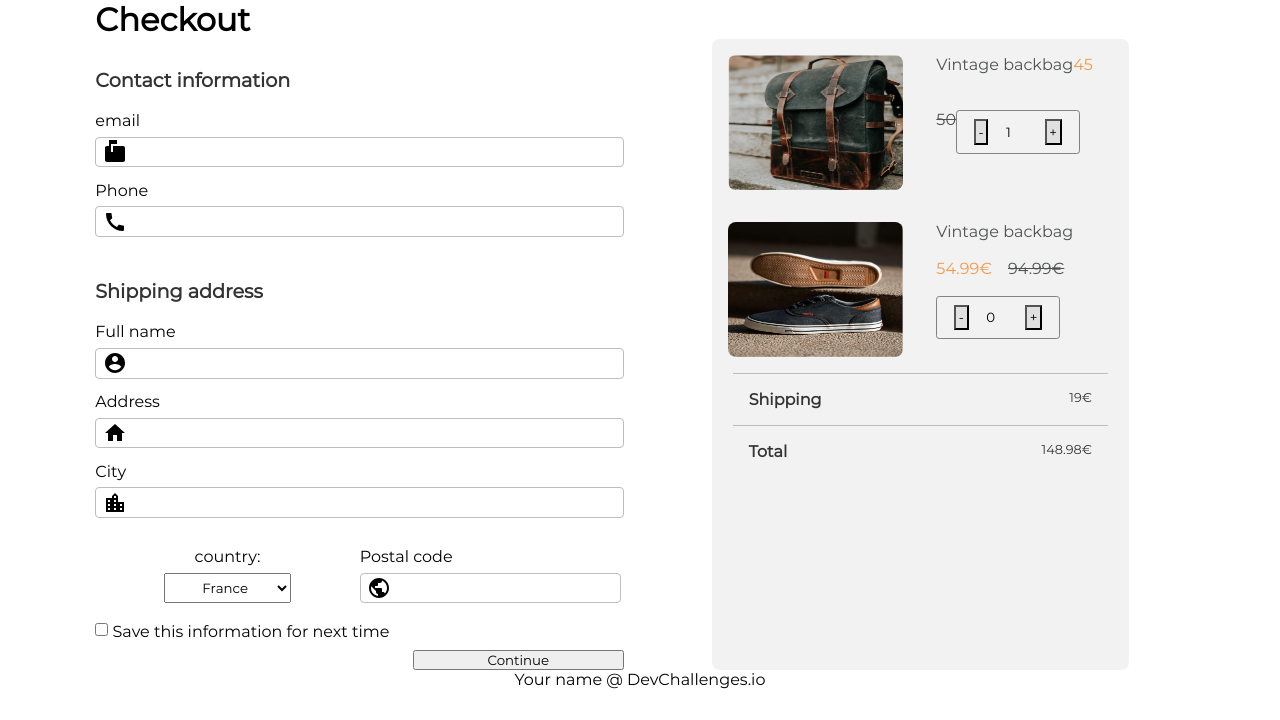
Repository: dubar-jeremy/checkout-page-master
Page: index.html
An editor plug-in stored every save of this project. The page is shown before and after the next save, followed by the edit.
The browser window is 1280 px wide. The pictures show the whole page.
The style sheet was rebuilt from its Sass, Less or Tailwind sources for each picture, by a compiler version that may differ from the author's.

Above is the page before, as saved 2021-02-06 00:13:57.

### index.html
<!doctype html>
<html lang="fr">
<head>
  <meta charset="UTF-8">
  <meta name="viewport"
        content="width=device-width, user-scalable=no, initial-scale=1.0, maximum-scale=1.0, minimum-scale=1.0">
  <meta http-equiv="X-UA-Compatible" content="ie=edge">
  <link rel="stylesheet" href="style/style.css">
  <link href="https://fonts.googleapis.com/icon?family=Material+Icons"
        rel="stylesheet">
  <title>Document</title>
  <script src="js/form.js" type="text/javascript"></script>
</head>
<body>

<main>
  <h1>Checkout</h1>
  <div class="grid-container">
    <form>
      <h2>Contact information</h2>
      <div>
      <label for="email">email</label>
      <input class="email" type="email" name="email" id="email">
      <span class="invalid valid" id="email">E-mail invalide</span>
      </div>

      <div>
      <label for="tel">Phone</label>
      <input class="tel" type="tel" name="tel" id="tel">
      <span class="invalid">Numéro inccorect</span>
      </div>

      <h2>Shipping address</h2>

      <div>
      <label for="name">Full name</label>
      <input class="name" type="text" name="name" id="name">
      <span class="invalid">Champ obligatoire</span>
      </div>

      <div>
      <label for="address">Address</label>
      <input class="address" type="text" name="address" id="address">
      <span class="invalid">Champ obligatoire</span>
      </div>

      <div>
      <label for="city">City</label>
      <input class="city" type="text" name="city" id="city">
      <span class="invalid">Champ obligatoire</span>
      </div>


      <div class="form-btn">
        <div class="select-country">
          <label for="country">country:</label>
          <select id="country">
            <option value="france">France</option>
            <option value="england">Angleterre</option>
            <option value="spain">Espagne</option>
          </select>
          <span class="invalid">Champ obligatoire</span>
        </div>
        <div class="input-postal-code">
          <label for="postalCode">Postal code</label>
          <input class="postal-code" type="text" name="postalCode" id="postalCode">
          <span class="invalid">Champ obligatoire</span>
        </div>
      </div>

      <div>
        <input type="checkbox">
        <label>Save this information for next time</label>
      </div>
      <button type="submit">Continue</button>
    </form>
    <div class="checkout-container">
      <div class="inner-block">
        <img src="img/photo1.png">
        <div class="details-article">
          <h2>Vintage backbag</h2>
          <span class="new-price">54.99€</span>
          <span class="old-price">94.99€</span>
          <div class="click">
            <button class="nbr-article minus btn">-</button>
            <input type="text" value="0" class="nbr-value quantity">
            <button class="nbr-article plus btn">+</button>
          </div>
        </div>
        <img src="img/photo2.png">
        <div class="details-article">
          <h2>Vintage backbag</h2>
          <span class="new-price">54.99€</span>
          <span class="old-price">94.99€</span>
          <div class="click">
            <button class="nbr-article plus btn">-</button>
            <input type="text" value="0" class="nbr-value">
            <button class="nbr-article minus btn">+</button>
          </div>
        </div>
      </div>
      <div class="price-part">
        <p>Shipping</p>
        <p>19€</p>
      </div>
      <div class="price-part">
        <p>Total</p>
        <p>148.98€</p>
      </div>
      <div>
      </div>
    </div>
</main>
<footer>
  <p>Your name @ DevChallenges.io</p>
</footer>
</body>
</html>

### js/form.js
window.onload = function () {
  const plus = document
    .querySelector(".plus")
    .addEventListener("click", increase);
  const minus = document
    .querySelector(".minus")
    .addEventListener("click", decrease);

  let i = 0;
  let initialPrice = 50;
  let priceAfterDiscount = increase();

  function increase() {
    // price * 10 / 100 = 10% reduce
    i++;

    let items = (document.querySelector(".nbr-value").value = i);
    let qty = parseInt(items);
    let newPrice = initialPrice * qty;
    let priceBeforeDiscount = newPrice;
    document.querySelector(".old-price").innerHTML = priceBeforeDiscount;
    newPrice -= (newPrice * 10) / 100;
    let priceAfterDiscount = newPrice;
    document.querySelector(".new-price").innerHTML = priceAfterDiscount;
    return priceAfterDiscount;
  }

  function decrease() {
    if (i >= 1) {
      i--;
      let items = (document.querySelector(".nbr-value").value = i);
      let qty = parseInt(items);
      let newPrice = initialPrice * qty;
      document.querySelector(".new-price").innerHTML = newPrice;
      let oldPrice = qty * priceAfterDiscount;
      document.querySelector(".old-price").innerHTML = oldPrice;
      console.log(oldPrice);
    }
  }
};

### style/style.scss
/*
Colors, fonts & reset
*/

$main-title: #4e5150;
$sub-title: #333333;
$btn-price: #f2994a;

$form-title: #4f4f4f;
$form-placeholder: #828282;

$background-nbr-article: #e0e0e0;

$background-price: #f2f2f2;

@font-face {
  font-family: "Montserrat";
  src: url("/fonts/Montserrat/Montserrat-Regular.ttf") format("truetype");
}

* {
  margin: 0;
  padding: 0;
  box-sizing: border-box;
  font-family: "Montserrat", sans-serif;
}

body {
  display: flex;
  justify-content: center;
  align-items: center;
  flex-wrap: wrap;
}
/*
  Main area
*/

.grid-container {
  display: grid;
  grid-template-columns: 1fr;
  margin: 1em;
  grid-gap: 2em;
  max-width: 1200px;
  margin: 0 auto;

  h1 {
    display: inline;
    grid-row: 1 / 2;
    color: $main-title;
    font-size: 1.5em;
    margin-bottom: 0.8em;
  }
}

form {
  display: flex;
  flex-direction: column;

  h2 {
    color: $sub-title;
    font-size: 1.2em;
    margin-top: 1.5em;
    margin-bottom: 1em;
  }

  input {
    width: 100%;
    margin-bottom: 1em;
    margin-top: 0.5em;
  }

  input[type="checkbox"] {
    width: inherit;
  }

  @mixin iconStyle {
    background-color: transparent;
    background-repeat: no-repeat;
    background-position: 0.5em center;
    padding-left: 2.5em;
    height: 2.3em;
    border: 0.09em solid #bdbdbd;
    border-radius: 0.3em;
  }

  .email {
    @include iconStyle;
    background-image: url("../icons/markunread_mailbox-24px.svg");
  }
  .tel {
    @include iconStyle;
    background-image: url("../icons/call-24px.svg");
  }
  .name {
    @include iconStyle;
    background-image: url("../icons/account_circle-24px.svg");
  }
  .address {
    @include iconStyle;
    background-image: url("../icons/home-24px.svg");
  }
  .city {
    @include iconStyle;
    background-image: url("../icons/location_city-24px.svg");
  }
  .postal-code {
    @include iconStyle;
    width: 99%;
    background-image: url("../icons/public-24px.svg");
  }

  .form-btn {
    width: 100%;
    display: flex;
    justify-content: space-between;
    margin-top: 1em;
    flex-wrap: wrap;
    align-items: center;

    .select-country {
      flex-basis: 50%;
      display: flex;
      flex-wrap: wrap;
      justify-content: center;

      label {
        width: 100%;
        text-align: center;
      }

      select {
        height: 2.3em;
        padding-left: 2.5em;
        margin-bottom: 1em;
        margin-top: 0.5em;
      }
    }

    .input-postal-code {
      flex-basis: 50%;
    }
  }

  button {
    width: 40%;
    align-self: end;
  }
}

.checkout-container {
  grid-row: 2 / 3;
  background: $background-price;
  border-radius: 0.5em;
}

.inner-block {
  display: grid;
  grid-template-columns: 1fr 1fr;
  grid-gap: 2em;
  max-width: 385px;
  max-height: 535px;
  margin: 1em;

  h2 {
    color: $main-title;
    display: inline;
    font-size: 1em;
    font-weight: normal;
  }

  img {
    width: 100%;
    max-width: 175px;
    max-height: 135px;
    border-radius: 0.5em;
  }

  .details-article {
    display: flex;
    flex-wrap: wrap;

    .new-price {
      color: $btn-price;
      margin-right: 1em;
    }

    .old-price {
      color: $main-title;
      text-decoration: line-through;
    }

    .click {
      display: flex;
      justify-content: space-around;
      width: 70%;
      height: min-content;
      background: transparent;
      border: 0.1em solid $form-placeholder;
      border-radius: 0.2em;
      padding: 0.5em;

      input {
        background: transparent;
        width: 20%;
        border: none;
      }

      .nbr-article {
        background: $background-nbr-article;
        padding: 0.2em;
      }
    }
  }
}

.price-part {
  display: flex;
  justify-content: space-between;
  width: 90%;
  margin: 0 auto;
  padding: 1em;
  border-top: 1px solid #bdbdbd;
  color: #333333;

  p:nth-child(1) {
    color: $sub-title;
    font-weight: bold;
  }

  p:nth-child(2) {
    font-size: 0.8em;
  }
}

.invalid {
  display: none;
  color: red;
}

.valid {
  color: green;
}

@media screen AND (min-width: 900px) {
  .grid-container {
    grid-template-columns: 1fr 1fr;
    justify-items: start;
  }

  .checkout-container {
    grid-row: 1 / 2;
    grid-column: 2 / 3;
    margin: 0 auto;
  }
  .form {
    grid-row: 1 / 2;
    grid-column: 1 / 2;
  }
}

After the next save:
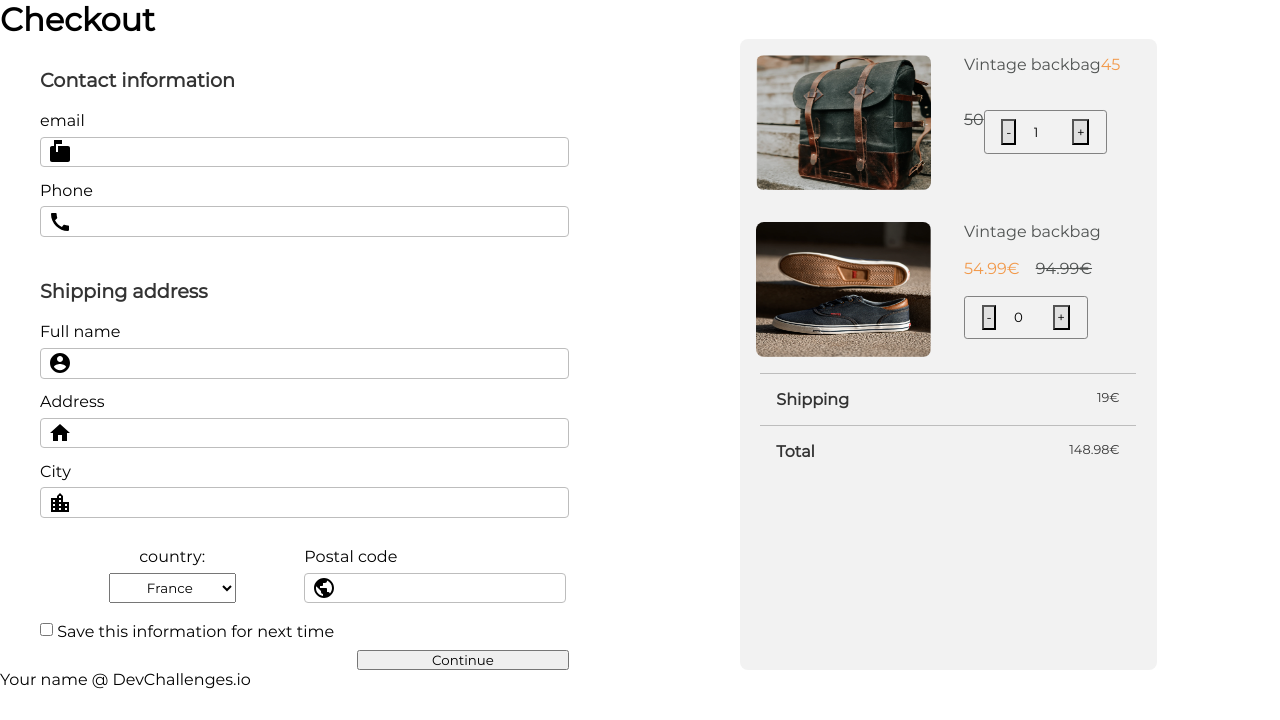
Saved 9 s later.
--- a/style/style.scss
+++ b/style/style.scss
@@ -25,12 +25,6 @@ $background-price: #f2f2f2;
   font-family: "Montserrat", sans-serif;
 }
 
-body {
-  display: flex;
-  justify-content: center;
-  align-items: center;
-  flex-wrap: wrap;
-}
 /*
   Main area
 */
